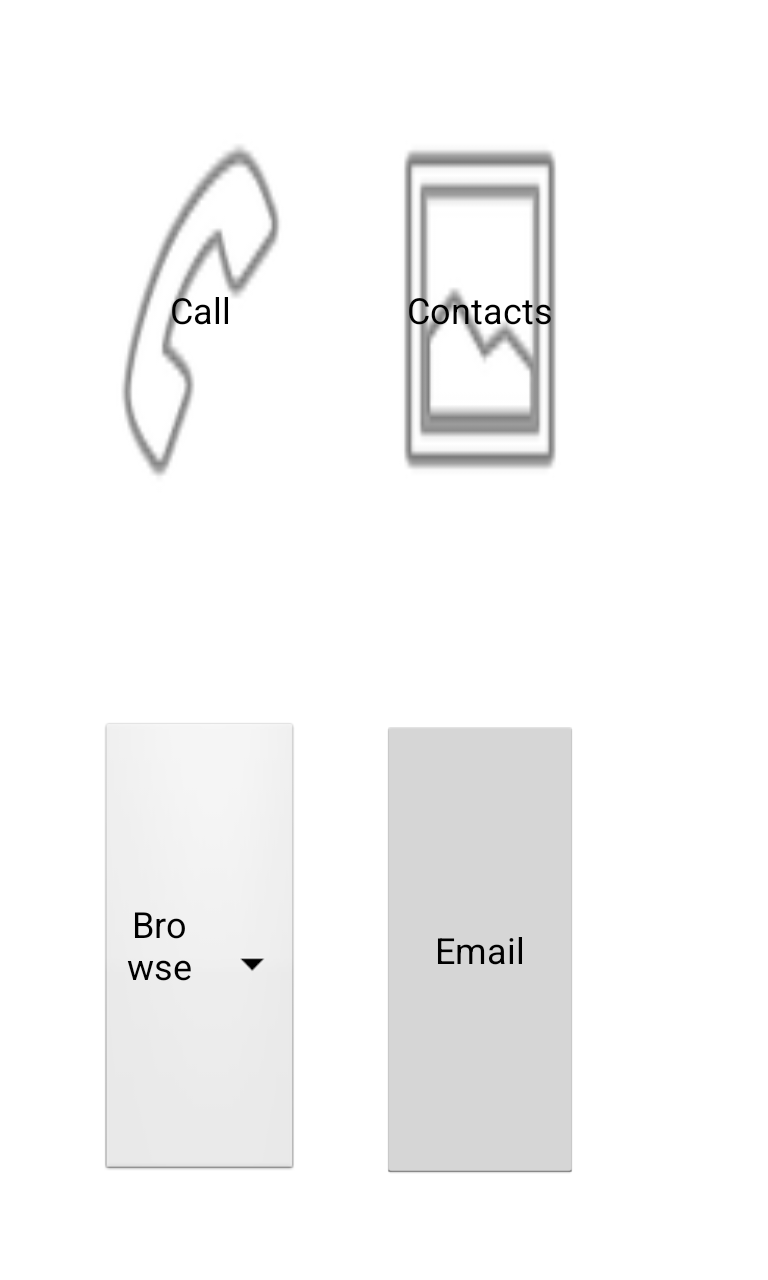
Repository: AnithaGorli/Android
Layout: ImplicitIntentApplication/res/layout/implicitintent.xml
These files come from the project's save history. The layout is drawn as it stood at one moment and after the next save; the edit follows.
It is drawn on a 768 x 1280 px phone screen (xhdpi) without system bars, with theme AppTheme; the app's code is not run.

Above is the layout before, as saved 2014-09-10 10:16:59.

After the next save:
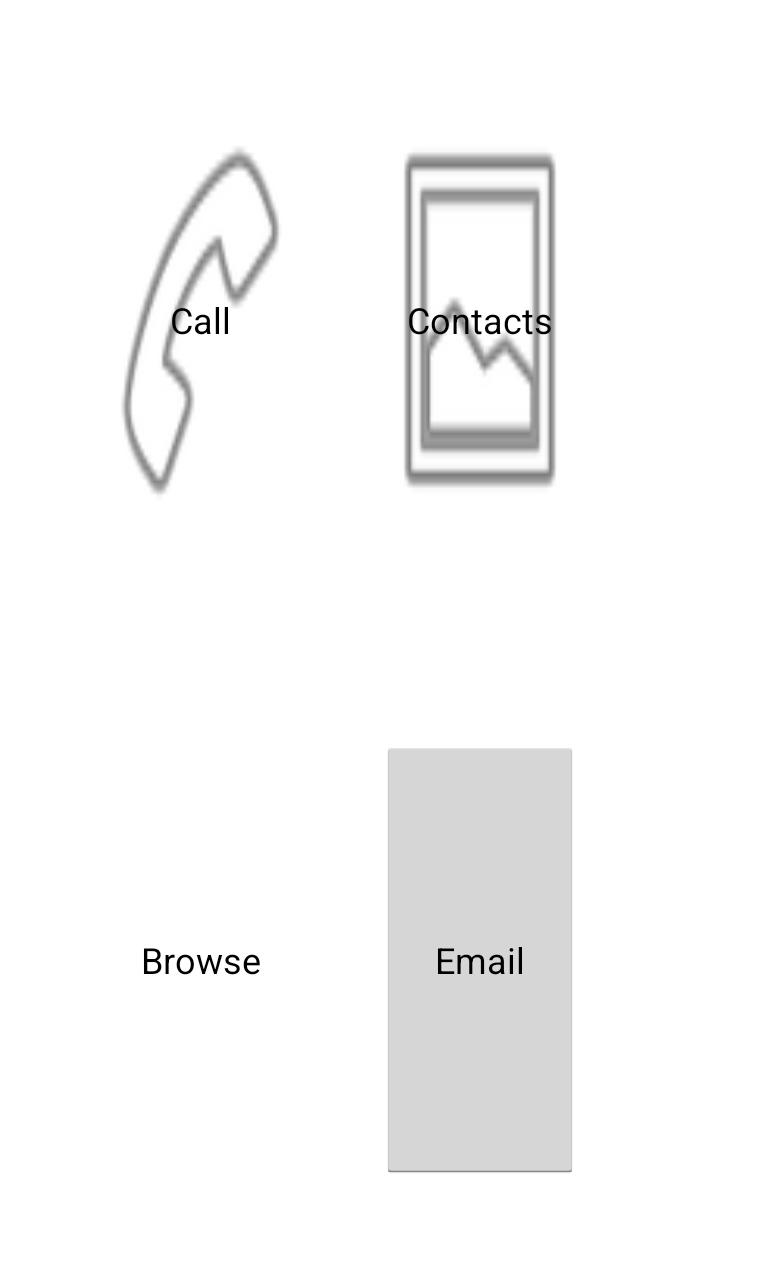
Saved 2 min 56 s later.
--- a/ImplicitIntentApplication/res/layout/implicitintent.xml
+++ b/ImplicitIntentApplication/res/layout/implicitintent.xml
@@ -50,7 +50,7 @@
         android:layout_height="match_parent"
         android:text="@string/browse"
         android:layout_margin="20dp"
-        android:background="@android:drawable/btn_dropdown"
+        android:background="@android:drawable/"
         />
     <Button
          android:id="@+id/email_btn"
